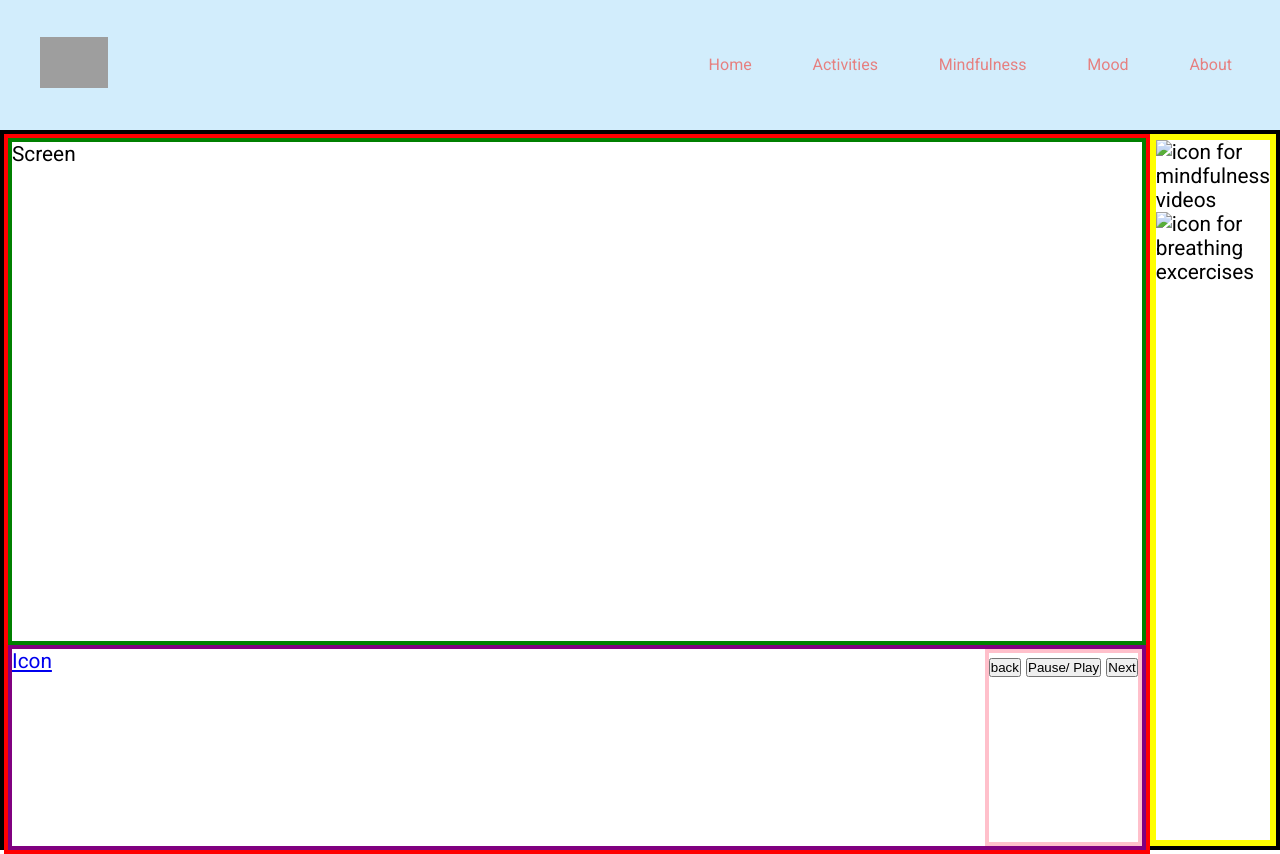
Repository: Nafisa-Huda/HealthierMind
Page: public/mindfulness.html
These files come from the project's save history. The page is drawn as it stood at one moment and after the next save; the edit follows.
The browser window is 1280 px wide. The pictures show the whole page.
Pictures or frames that could not be fetched are drawn as grey boxes. Some web fonts or font styles are not loaded; a fallback is used.

Above is the page before, as saved 2022-07-16 13:25:08.

After the next save:
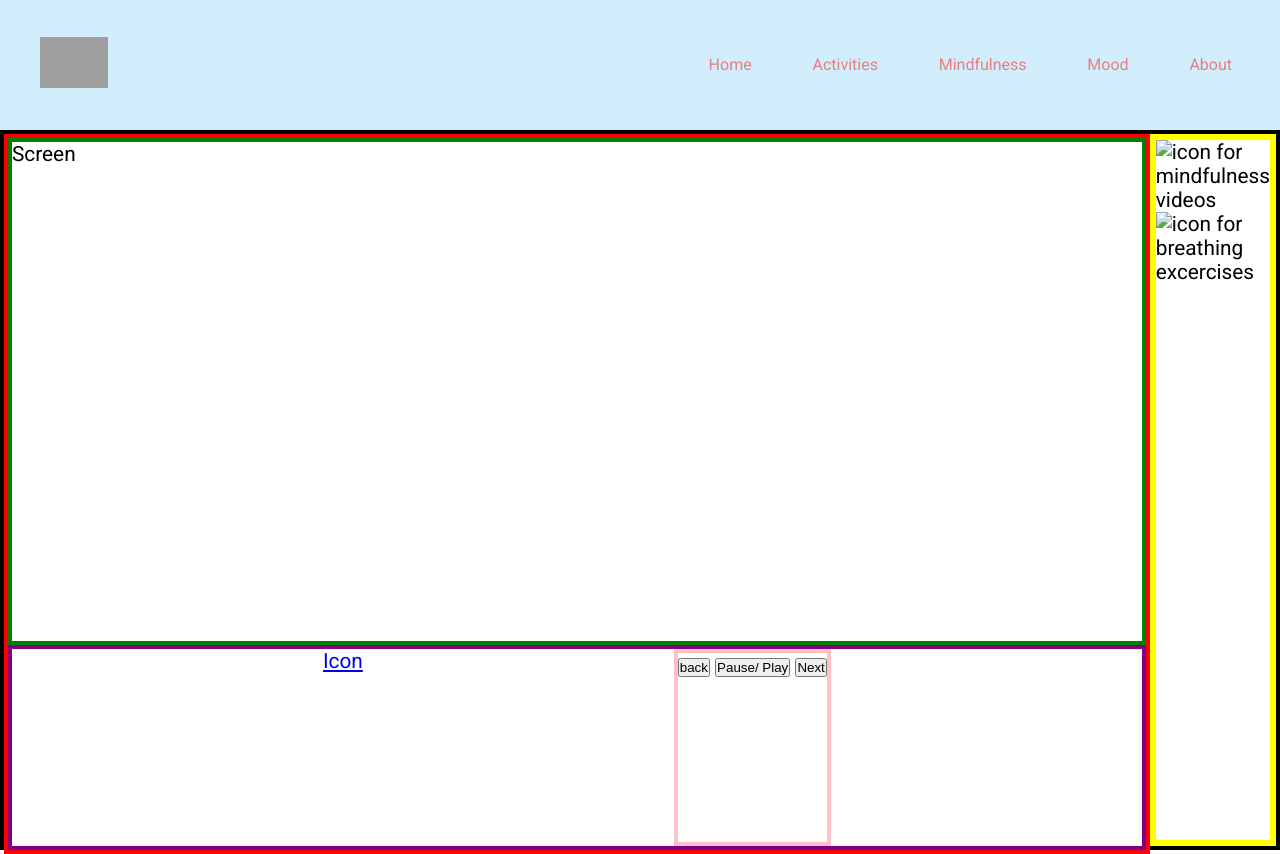
Saved 7 s later.
--- a/public/css/mindfulness.css
+++ b/public/css/mindfulness.css
@@ -156,7 +156,7 @@ header{
   width: 100%;
   height: 40%;
   display: flex;
-  justify-content: space-between;
+  justify-content: space-evenly;
 }
 .control__panel{
   border: 0.3rem solid pink;
